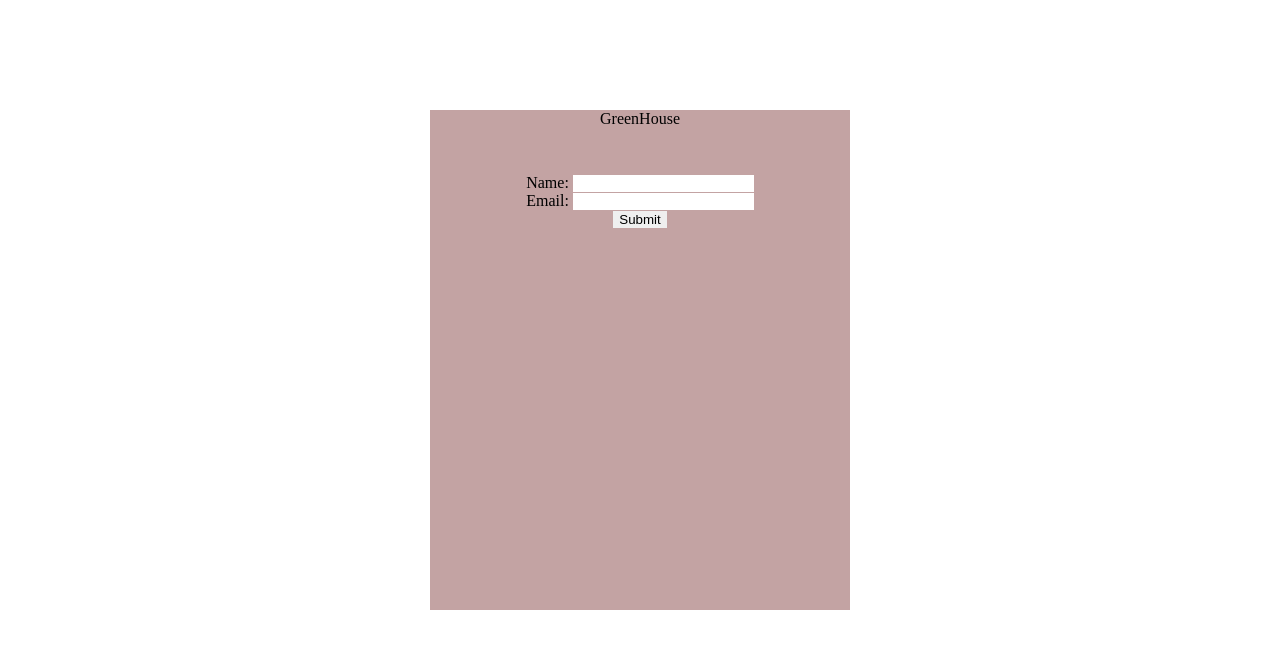
Repository: idan226688/WorkTrack
Page: index.html
These files come from the project's save history. The page is drawn as it stood at one moment and after the next save; the edit follows.
The browser window is 1280 px wide. The pictures show the whole page.

Above is the page before, as saved 2023-08-31 11:29:27.

### index.html
<!DOCTYPE html>
<html>
<head>
  <link rel="stylesheet" href="GreenHouse.css">
  <title>Login</title>
</head>
<body>
  <div id="container">
    <div id="login-container">
      <h1">GreenHouse</h1>
      <form action="/submit" method="post" id="form">
        <label for="name">Name:</label>
        <input type="text" id="name" name="name" required><br>
        <label for="email">Email:</label>
        <input type="email" id="email" name="email" required><br>
        <button type="submit">Submit</button>
      </form>
    </div>
  </div>
</body>
</html>

### GreenHouse.css
*{
    text-align: center;
    margin:0;
    border: none;
}
#container{
    display: flex;
    justify-content: center;
    align-items: center;
    height: 100vh;
}
#login-container{
    display: flex;
    background-color: rgb(195, 163, 163);
    flex-direction: column;
    align-items: center;
    height: 500px;
    width: 420px;
}
#form{
    margin-top: 20%;
}
h1{
    color:white;
    background-color: green;
    height:100px;
    width:300px;
}

After the next save:
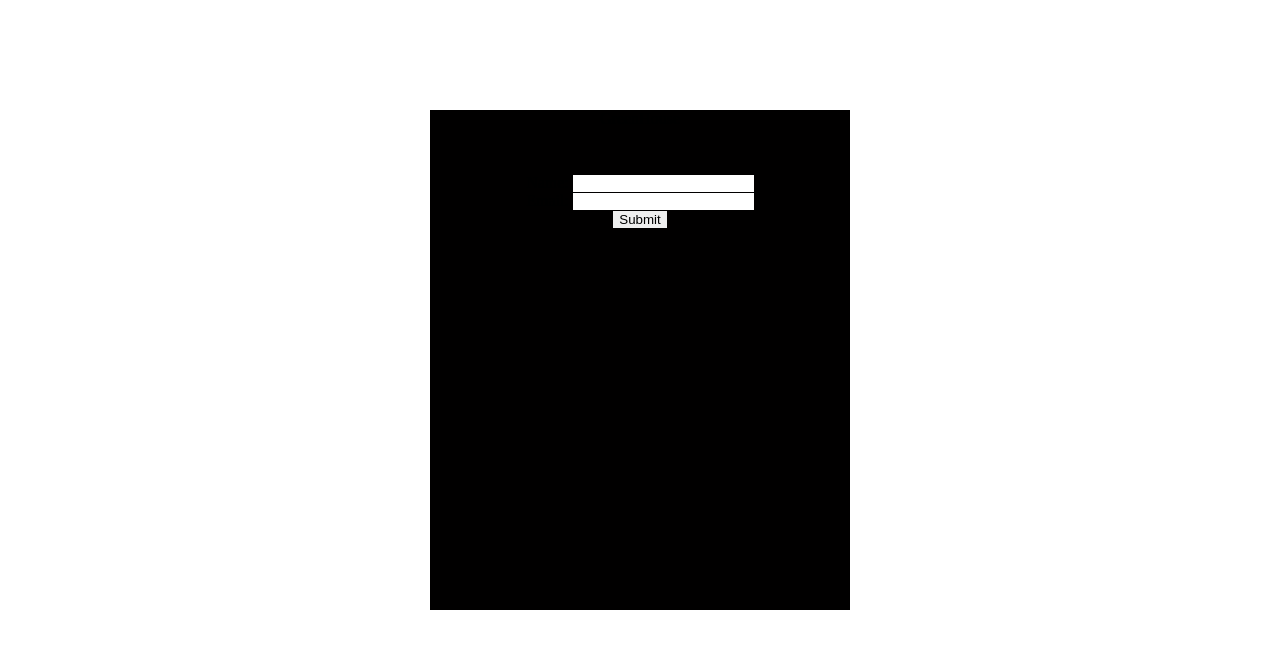
Saved 9 s later.
--- a/GreenHouse.css
+++ b/GreenHouse.css
@@ -11,7 +11,7 @@
 }
 #login-container{
     display: flex;
-    background-color: rgb(195, 163, 163);
+    background-color: rgb(1, 0, 0);
     flex-direction: column;
     align-items: center;
     height: 500px;
